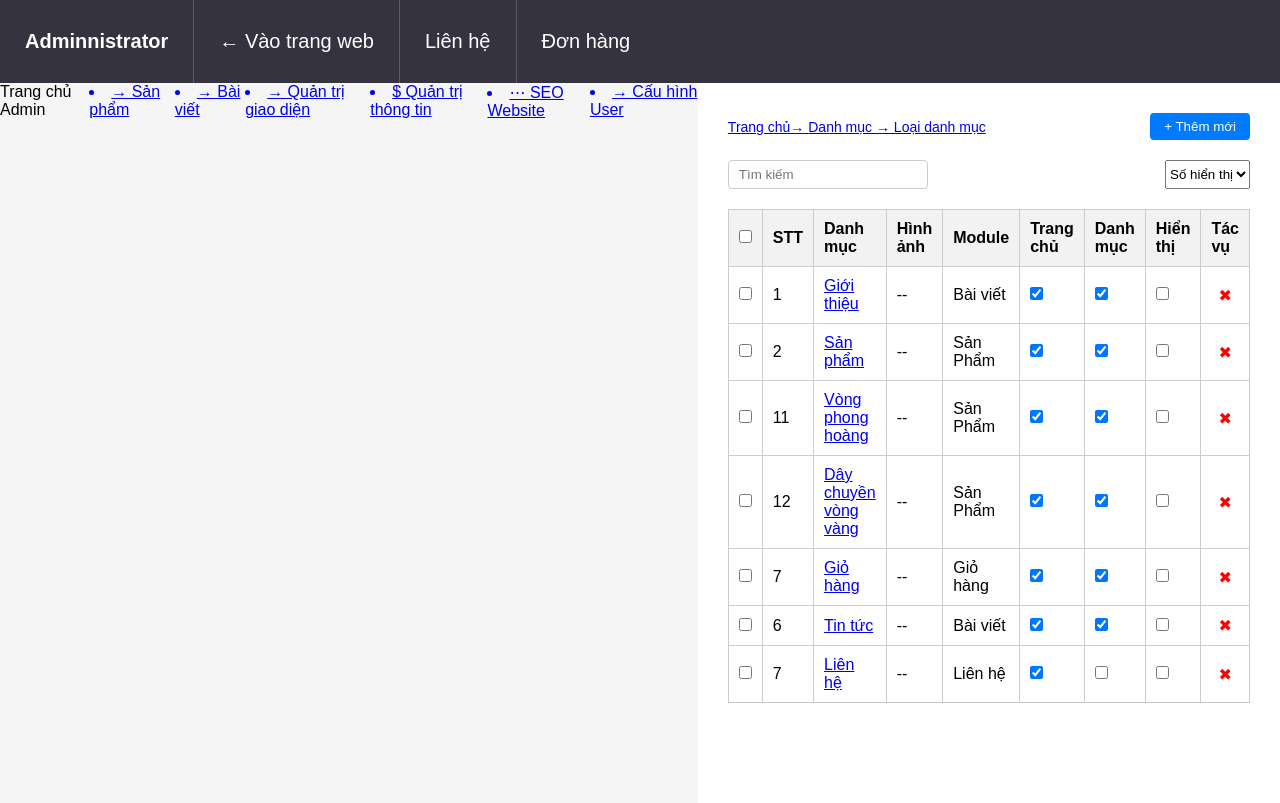
Repository: TranTanDat0606/Du-An-1
Page: Admin]/admin.html
The author's editor kept a copy of each file at every save. The page is drawn from the files as they stood at one save, then again after a run of saves.
The browser window is 1280 px wide. The pictures show the whole page.

Above is the page before, as saved 2025-07-31 08:52:07.

After the next 12 saves:
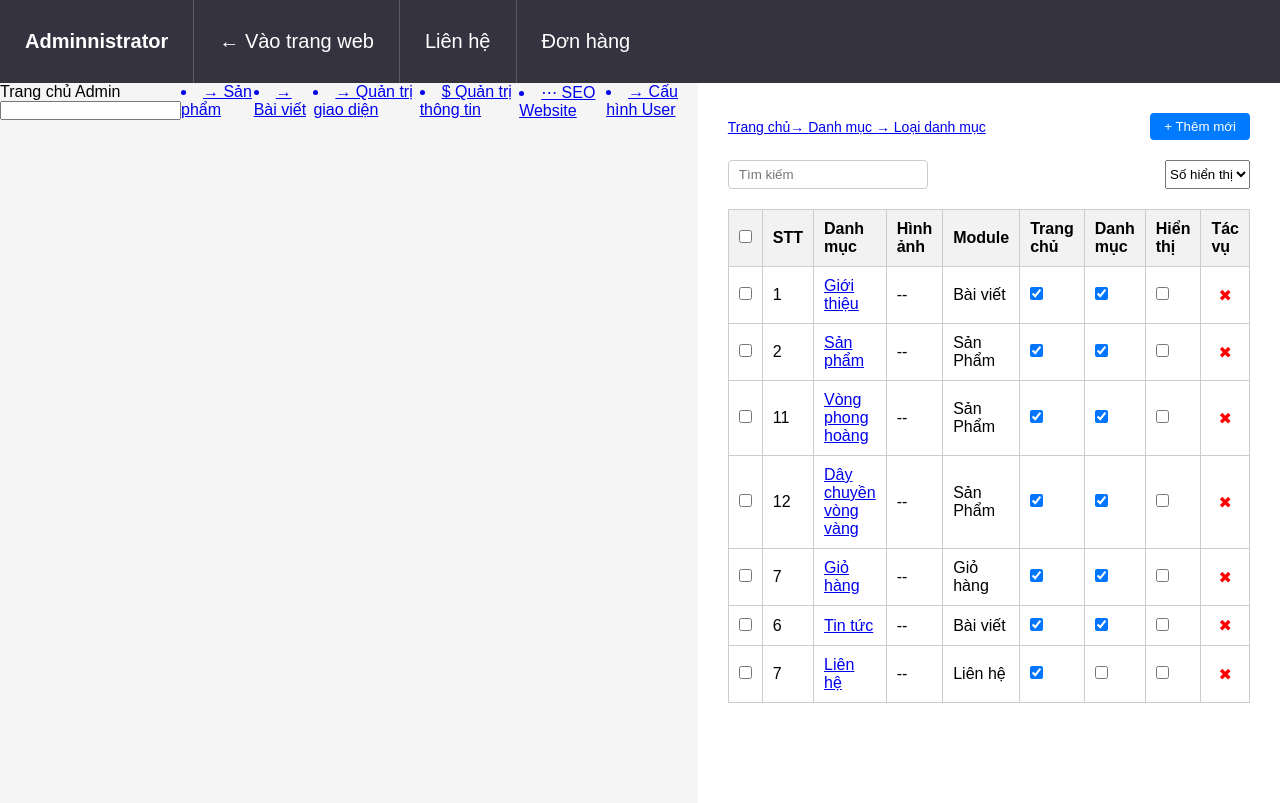
The 12 saves are shown as one change because they came seconds apart.
The last was saved 30 s later.
--- a/Admin]/admin.html
+++ b/Admin]/admin.html
@@ -16,6 +16,9 @@
     <div class="admin-container">
  <div class="admin-sidebar">
     <div class="admin-title">Trang chủ Admin</div>
+    <div class="dropdown">
+        <input type="">
+    </div>
  </div>
 
 

After the save that followed:
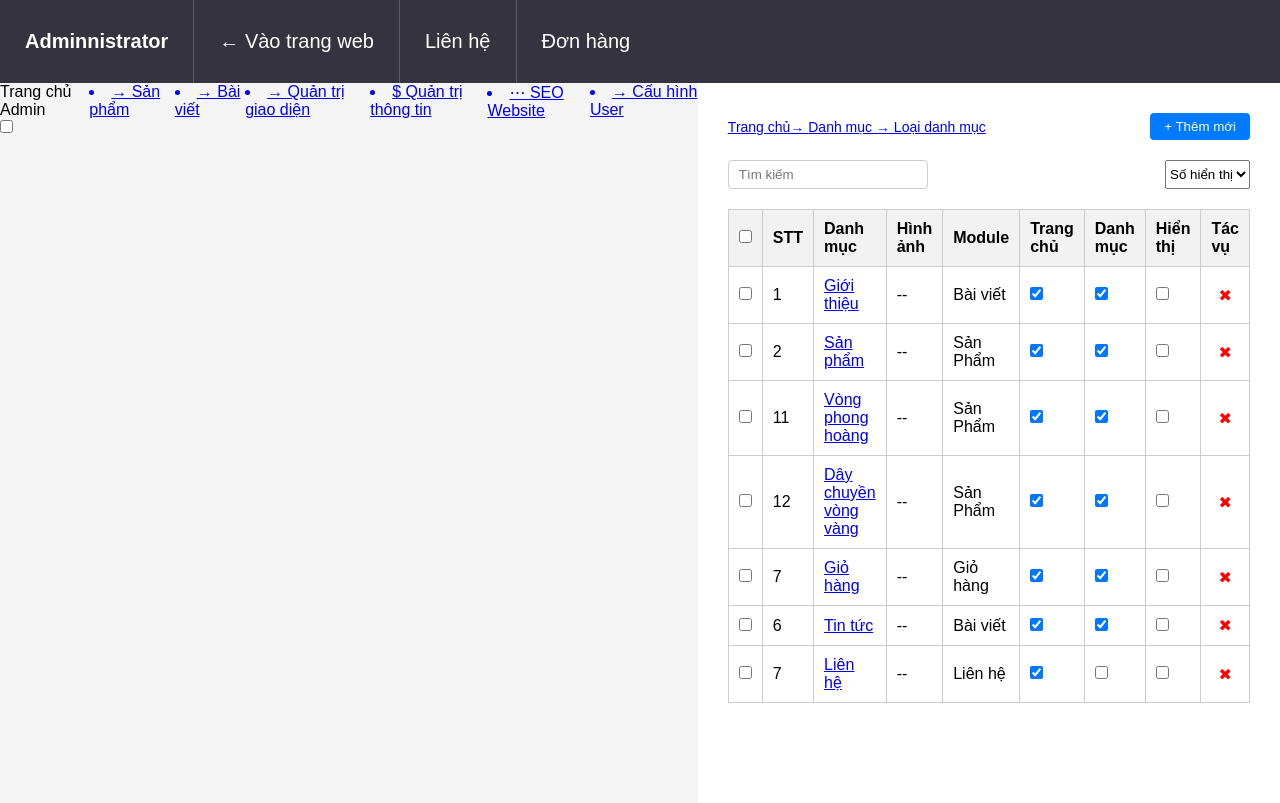
Saved 4 s later.
--- a/Admin]/admin.html
+++ b/Admin]/admin.html
@@ -17,7 +17,7 @@
  <div class="admin-sidebar">
     <div class="admin-title">Trang chủ Admin</div>
     <div class="dropdown">
-        <input type="">
+        <input type="checkbox">
     </div>
  </div>
 
